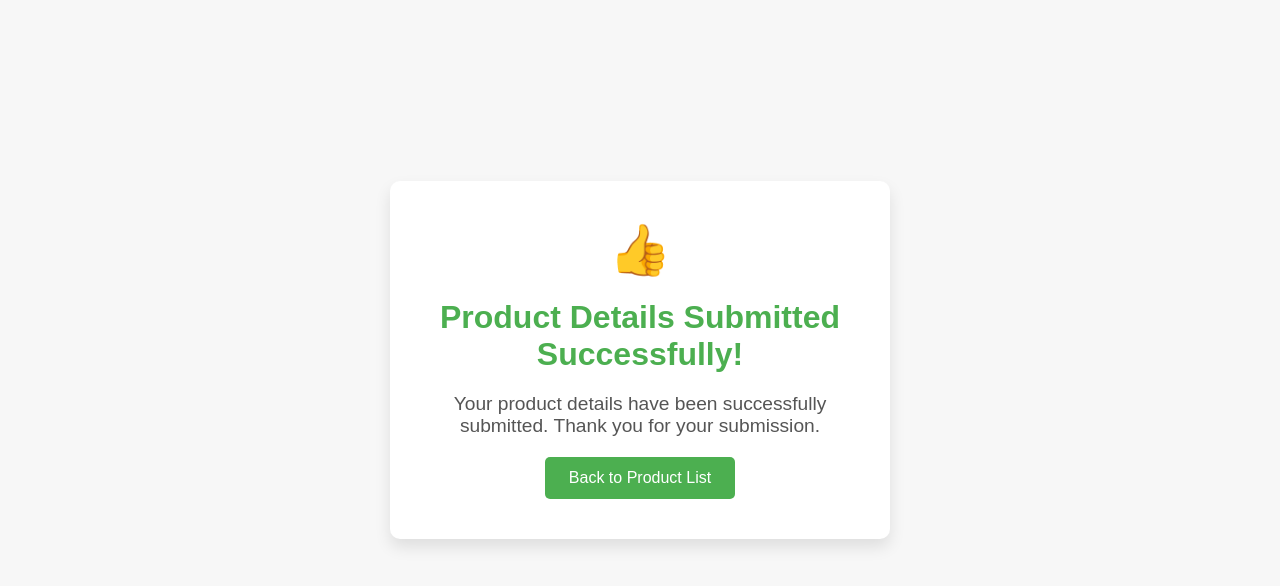
Repository: sohail1810/Product
Page: http://localhost/Success
These files come from the project's save history. The page is drawn as it stood at one moment and after the next save; the edit follows.
The browser window is 1280 px wide. The pictures show the whole page.
The page is this project's Thymeleaf template; nobody is signed in. The template is opened directly, without the code that normally fills it, so the values that code supplies are empty.

Above is the page before, as saved 2024-12-21 17:51:08.

### SpringBootMVC-1/src/main/resources/templates/Success.html
<!DOCTYPE html>
<html lang="en">
<head>
    <meta charset="UTF-8">
    <meta name="viewport" content="width=device-width, initial-scale=1.0">
    <title>Product Details Submitted Successfully</title>
    <style>
        /* Basic reset */
        * {
            margin: 0;
            padding: 0;
            box-sizing: border-box;
        }

        body {
            font-family: 'Arial', sans-serif;
            background-color: #f7f7f7;
            display: flex;
            justify-content: center;
            align-items: center;
            height: 100vh;
            color: #333;
        }

        /* Centering the content in the viewport */
        .container {
            background-color: #ffffff;
            padding: 40px;
            border-radius: 10px;
            box-shadow: 0 8px 16px rgba(0, 0, 0, 0.1);
            text-align: center;
            max-width: 500px;
            width: 100%;
        }

        h2 {
            color: #4CAF50;
            font-size: 2rem;
            margin-bottom: 20px;
            font-weight: bold;
        }

        p {
            font-size: 1.2rem;
            color: #555;
        }

        .icon {
            font-size: 50px;
            color: #4CAF50;
            margin-bottom: 20px;
        }

        .button {
            display: inline-block;
            padding: 12px 24px;
            background-color: #4CAF50;
            color: white;
            text-decoration: none;
            border-radius: 5px;
            font-size: 1rem;
            margin-top: 20px;
            transition: background-color 0.3s ease;
        }

        .button:hover {
            background-color: #45a049;
        }

        /* Responsive Design */
        @media (max-width: 768px) {
            .container {
                padding: 20px;
            }

            h2 {
                font-size: 1.5rem;
            }
        }
    </style>
</head>
<body>

    <div class="container">
        <div class="icon">
            <!-- You can use an emoji or a font-awesome icon for success -->
            &#x1F44D; <!-- Thumbs Up Emoji -->
        </div>
        <h2>Product Details Submitted Successfully!</h2>
        <p>Your product details have been successfully submitted. Thank you for your submission.</p>
        <a href="/products" class="button">Back to Product List</a>
    </div>

</body>
</html>

After the next save:
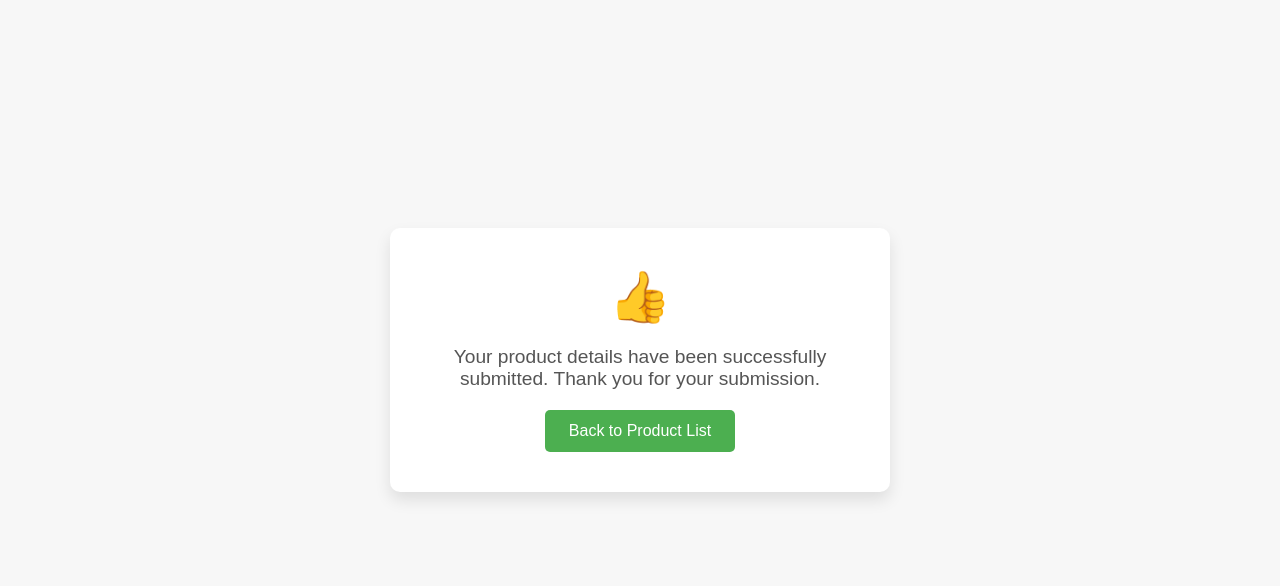
Saved 19 s later.
--- a/SpringBootMVC-1/src/main/resources/templates/Success.html
+++ b/SpringBootMVC-1/src/main/resources/templates/Success.html
@@ -86,7 +86,7 @@
             <!-- You can use an emoji or a font-awesome icon for success -->
             &#x1F44D; <!-- Thumbs Up Emoji -->
         </div>
-        <h2>Product Details Submitted Successfully!</h2>
+
         <p>Your product details have been successfully submitted. Thank you for your submission.</p>
         <a href="/products" class="button">Back to Product List</a>
     </div>

After the save that followed:
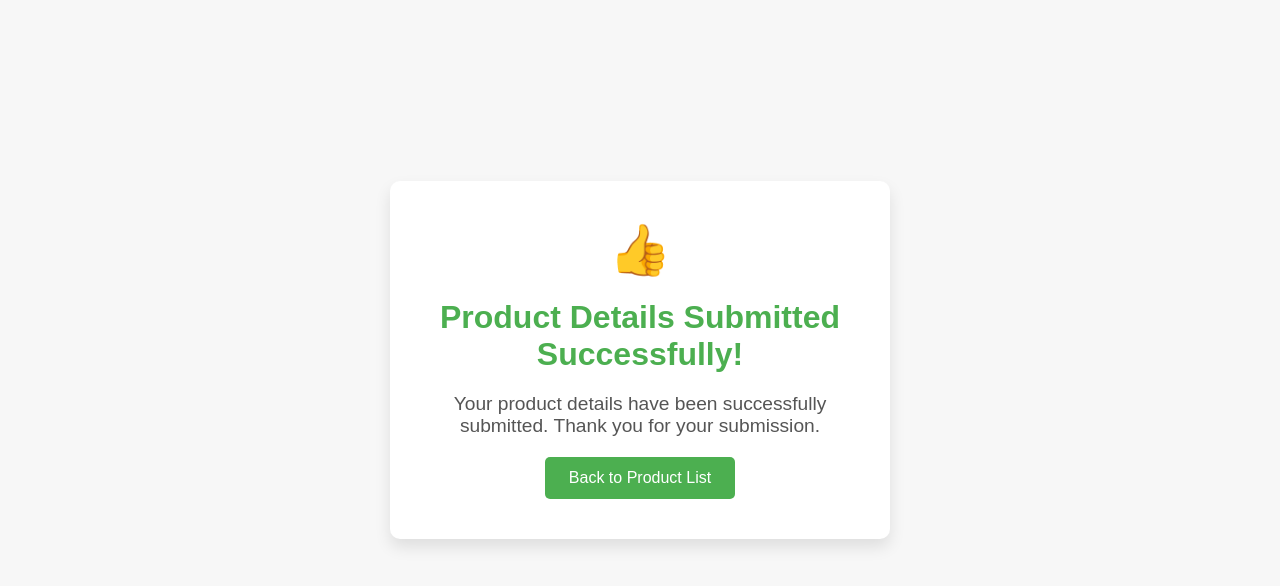
Saved 2 min 46 s later.
--- a/SpringBootMVC-1/src/main/resources/templates/Success.html
+++ b/SpringBootMVC-1/src/main/resources/templates/Success.html
@@ -86,8 +86,9 @@
             <!-- You can use an emoji or a font-awesome icon for success -->
             &#x1F44D; <!-- Thumbs Up Emoji -->
         </div>
-
+        <h2>Product Details Submitted Successfully!</h2>
         <p>Your product details have been successfully submitted. Thank you for your submission.</p>
+        <!-- Back to Product List button -->
         <a href="/products" class="button">Back to Product List</a>
     </div>
 
